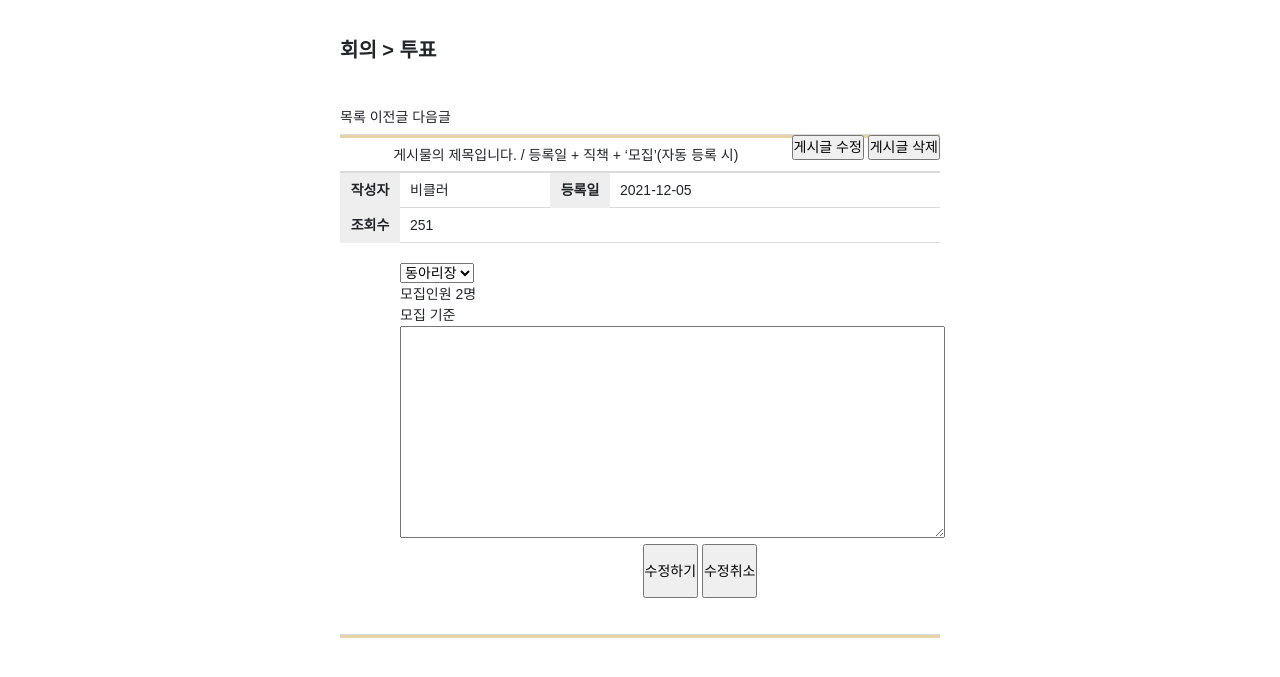
Repository: hyodii/FinalProject
Page: http://localhost/ViewPage/beeMeetingUpdate.jsp
These files come from the project's save history. The page is drawn as it stood at one moment and after a run of saves; the edit follows.
The browser window is 1280 px wide. The pictures show the whole page.
The page is served by Tomcat 9.

Above is the page before, as saved 2021-12-11 13:46:46.

After the next 2 saves:
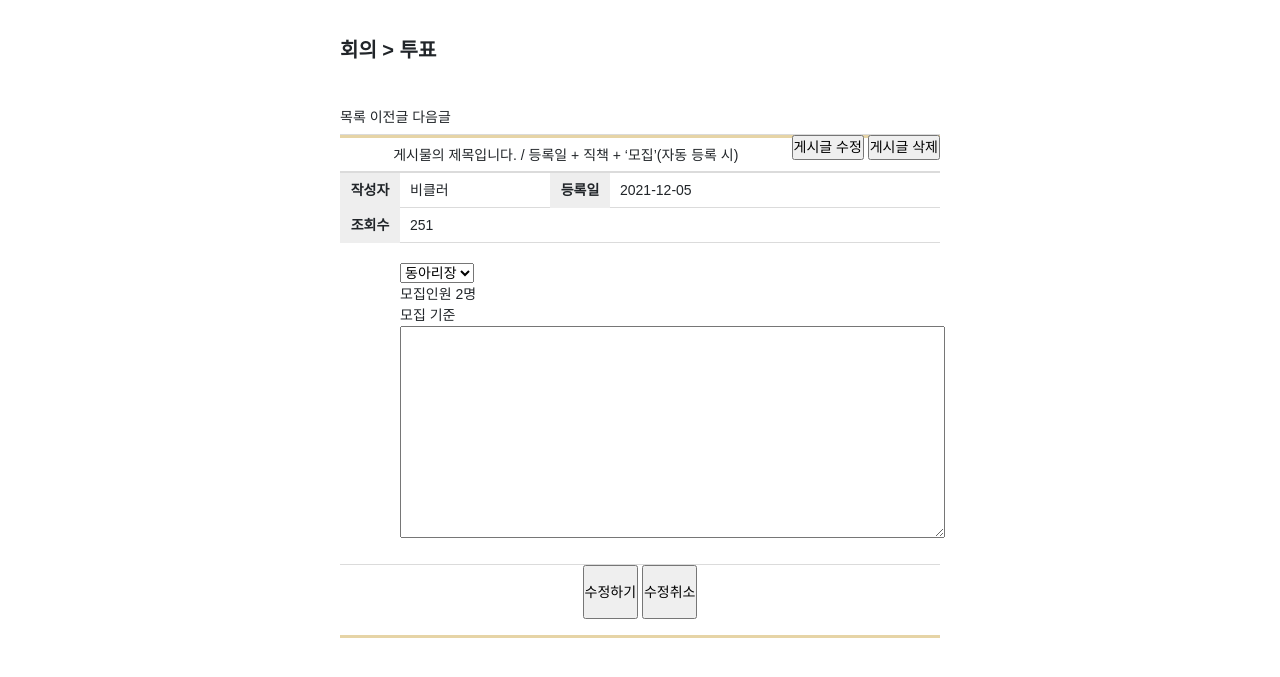
The 2 saves are shown as one change because they came seconds apart.
The last was saved 2 min 17 s later.
--- a/ViewPage/WebContent/beeMeetingUpdate.jsp
+++ b/ViewPage/WebContent/beeMeetingUpdate.jsp
@@ -266,15 +266,15 @@ body {font-family: 'Noto Sans KR', sans-serif; font-size: 14px;}
 			모집 기준<textarea rows="10" cols="65"></textarea>
 			</div>
 
-
-			<div id="bbsCreated_footer">
-	            <input type="button" value="수정하기" class="btn2"
-	            onclick="sendIt()"/>
-	            <input type="button" value="수정취소" class="btn2"
-	            onclick="javascript:location.href='<%=cp%>/beeDiscussionList.jsp'"/>
-	         </div><!-- close .bbsCreated_footer -->
-
-		</div>
+		</div>
+
+		<div id="bbsCreated_footer">
+            <input type="button" value="수정하기" class="btn2"
+            onclick="sendIt()"/>
+            <input type="button" value="수정취소" class="btn2"
+            onclick="javascript:location.href='<%=cp%>/beeDiscussionList.jsp'"/>
+         </div><!-- close .bbsCreated_footer -->
+
 	</form>
 
 	</div><!-- close #bbsArticle -->
